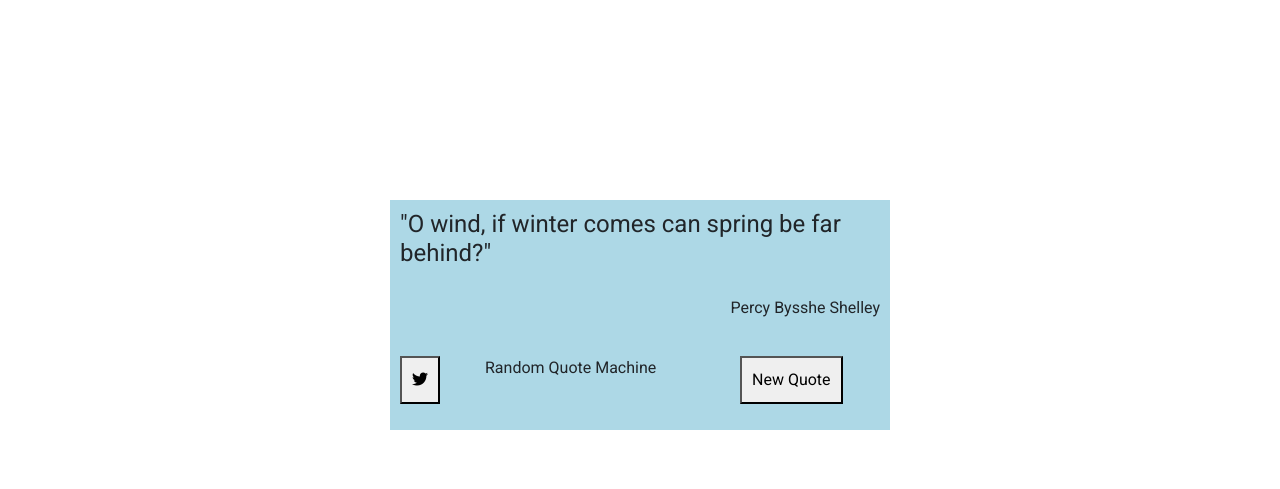
Repository: derektypist/random-quote-machine
Page: index.html
The author's editor kept a record of every edit. The page is drawn from the files as they stood at one moment, then again after the next edit.
The browser window is 1280 px wide. The pictures show the whole page.
Some web libraries are served in a nearby version.

Above is the page before.

### index.html
<!DOCTYPE html>
<html lang="en">

<head>
    <meta charset="UTF-8">
    <meta name="viewport" content="width=device-width, initial-scale=1.0">
    <meta http-equiv="X-UA-Compatible" content="ie=edge">
    <title>Random Quote Machine</title>
    <!-- Load Style Sheets -->
    <link rel="stylesheet" href="https://maxcdn.bootstrapcdn.com/bootstrap/4.4.1/css/bootstrap.min.css" integrity="sha384-Vkoo8x4CGsO3+Hhxv8T/Q5PaXtkKtu6ug5TOeNV6gBiFeWPGFN9MuhOf23Q9Ifjh" crossorigin="anonymous">
    <link rel="stylesheet" href="https://use.fontawesome.com/releases/v5.8.1/css/all.css" integrity="sha384-50oBUHEmvpQ+1lW4y57PTFmhCaXp0ML5d60M1M7uH2+nqUivzIebhndOJK28anvf" crossorigin="anonymous">
    <link href="https://fonts.googleapis.com/css?family=Roboto&display=swap" rel="stylesheet">
    <style>
        /* Quote Box */

        #quote-box {
            font-family: "Roboto", Arial, Verdana, sans-serif;
            background-color: lightblue;
            display: block;
            position: relative;
            top: 200px;
            height: 230px;
            width: 500px;
            margin: auto;

        }

        #text {
            padding: 10px;
        }

        #author {
            text-align: right;
            padding: 10px;
        }

        #my-buttons {
            padding: 10px;
        }



        #tweet-quote button {
            text-align: center;
            padding: 10px;

        }

        #tweet-quote:hover button {
            background-color: orange;
        }

        #new-quote {
            padding: 10px;
        }
    </style>

    <!-- Load Scripts -->
    <script src="https://ajax.googleapis.com/ajax/libs/jquery/3.4.1/jquery.min.js"></script>
    <script>
        // Define Function for New Quote
        function displayNewQuote() {
            // Set Up Random Index

            let randomIndex = Math.floor(Math.random() * 13);

            // Set Up Constants noting use of Escape Characters

            const possibleText = ["\"Hope smiles from the threshold of the year to come whispering.  It will be happier.\"",
                "\"O wind, if winter comes can spring be far behind?\"",
                "\"Spring is nature's way of saying 'Let's Party'.\"",
                "\"Sweet April showers do spring May Flowers.\"",
                "\"As full of spirit as the month of May, and as gorgeous as the sun in Midsummer.\"",
                "\"There are two seasons in Scotland: June and Winter.\"",
                "\"People don't notice whether it's winter or summer when they're happy.\"",
                "\"Summer Afternoon---summer afternoon; to me those have always been the first two beautiful words in the English Language.\"",
                "\"Autumn is a second spring when every leaf is a flower.\"",
                "\"In seed time learn, in harvest teach, in winter enjoy.\"",
                "\"Winter is the time for comfort, for good food and warmth, for the touch of a friendly hand and a talk beside the fire: it is time for home.\"",
                "\"Thank you for your kind words.\"",
                "\"It looks as though you had a great time Derek.\""
            ];
            const text = possibleText[randomIndex];
            const possibleAuthors = ["Alfred Lord Tennyson",
                "Percy Bysshe Shelley",
                "Robin Williams",
                "Thomas Tusser",
                "William Shakespeare",
                "Billy Connolly",
                "Anton Chekhov",
                "Henry James",
                "Albert Camus",
                "William Blake",
                "Edith Sitwell",
                "Daphne Pink",
                "Andrea Harrison"
            ];
            const author = possibleAuthors[randomIndex];


            // Display Text (Quote) and Author
            $("#text").html(`<h4>${text}</h4>`);
            $("#author").html(`<p>${author}</p>`);


            // Set Up Tweet Quote
            let tweetQuote = text + " " + author + "#quotes";
            $("#tweet-quote").html(
                `<a href="https://twitter.com/intent/tweet/${tweetQuote}" target="_blank" title="Tweet">
                    <button type="button">
                        <i class="fab fa-twitter"></i>
                    </button>
                </a>`
            );
        }




        $(document).ready(displayNewQuote);
    </script>

</head>

<body>
    <!-- Set Up Quote Box with Text and Author-->
    <article id="quote-box">
        <article id="text">
        </article>
        <article id="author">
        </article>
        <!-- Set Up Row -->
        <article class="row" id="my-buttons">
            <article class="col-sm-2" id="tweet-quote">
            </article>

            <article class="col-sm-6">
                <!-- Display Title (Random Quote Machine) -->
                <p>Random Quote Machine</p>
            </article>

            <article class="col-sm-4">
                <!-- Set Up New Quote Button -->
                <button onclick="displayNewQuote()" title="New Quote" id="new-quote">New Quote</button>
            </article>

        </article>



    </article>



</body>

</html>

After the next edit:
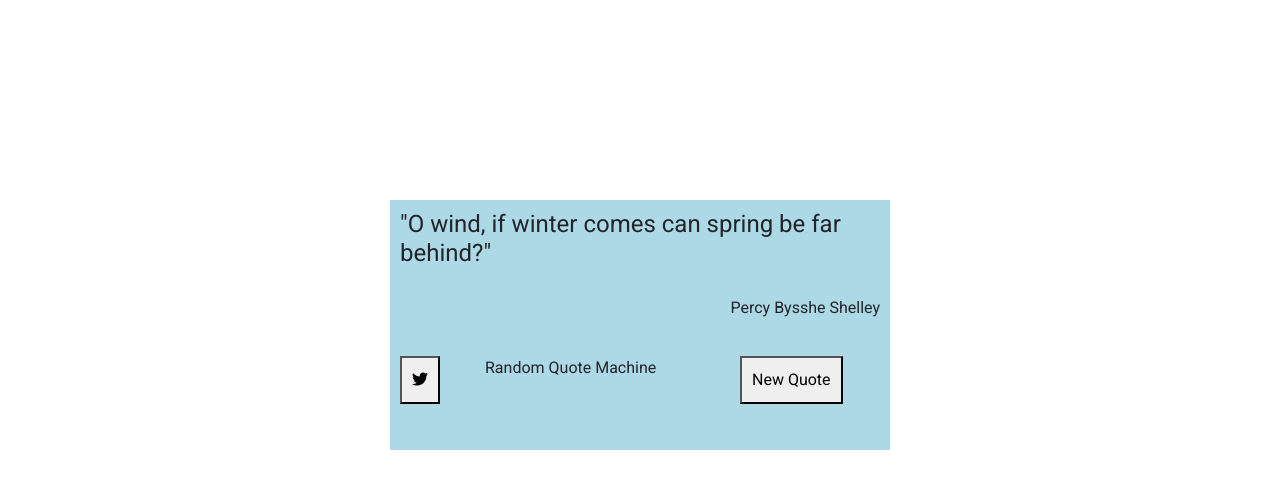
The edit:
--- a/index.html
+++ b/index.html
@@ -19,7 +19,7 @@
             display: block;
             position: relative;
             top: 200px;
-            height: 230px;
+            height: 250px;
             width: 500px;
             margin: auto;
 
